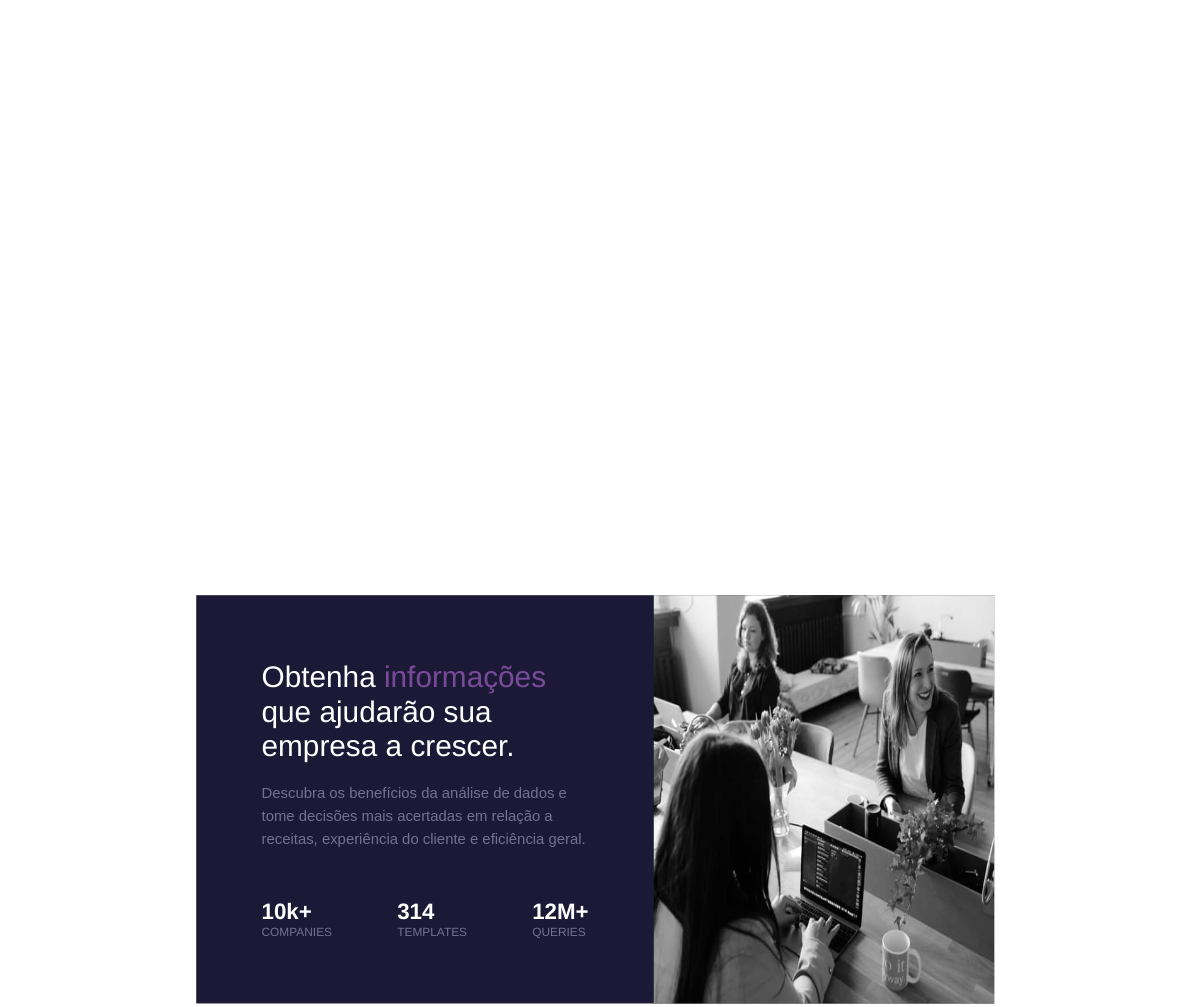
Repository: caique2512/componentes-de-estatisticas
Page: index.html
The author's editor kept a copy of each file at every save. The page is drawn from the files as they stood at one save, then again after a run of saves.
The browser window is 1280 px wide. The pictures show the whole page, at 93% of full size.

Above is the page before, as saved 2026-03-03 17:48:00.

After the next 2 saves:
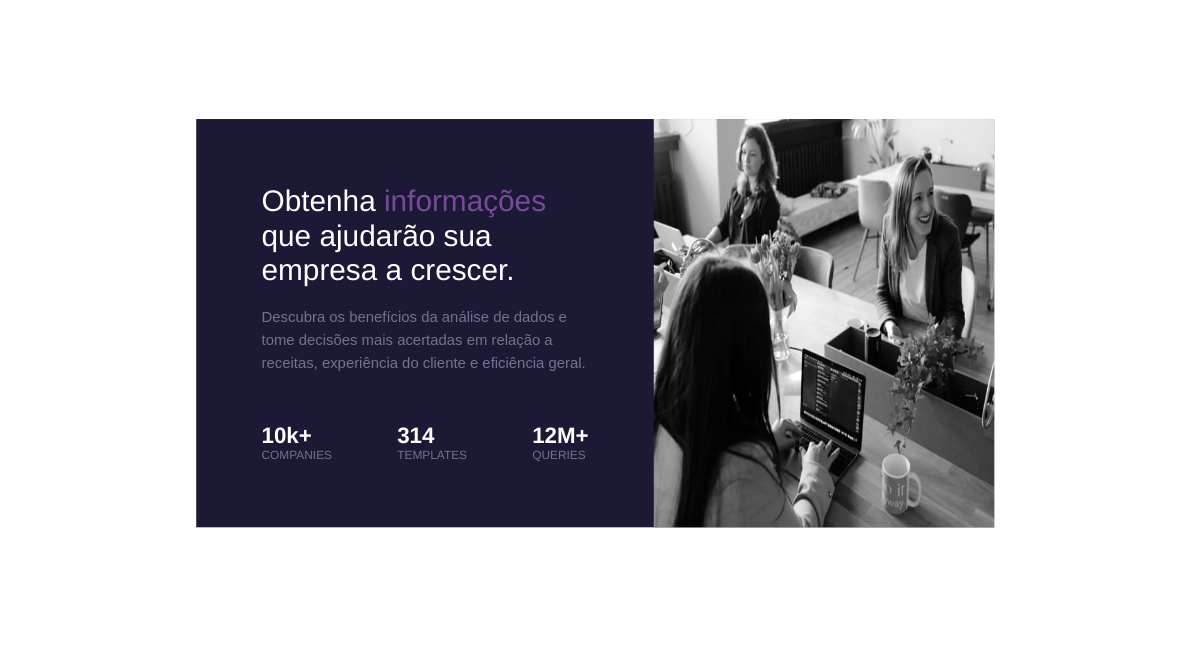
The 2 saves are shown as one change because they came seconds apart.
The last was saved 11 s later.
--- a/src/estilos.css
+++ b/src/estilos.css
@@ -3,7 +3,7 @@
     display: flex;
     max-width: calc(100% - 33%);
     margin: 0 auto;
-    margin-top: 50%;
+    margin-top: 10%;
 }
 
 .conteudo-principal {
